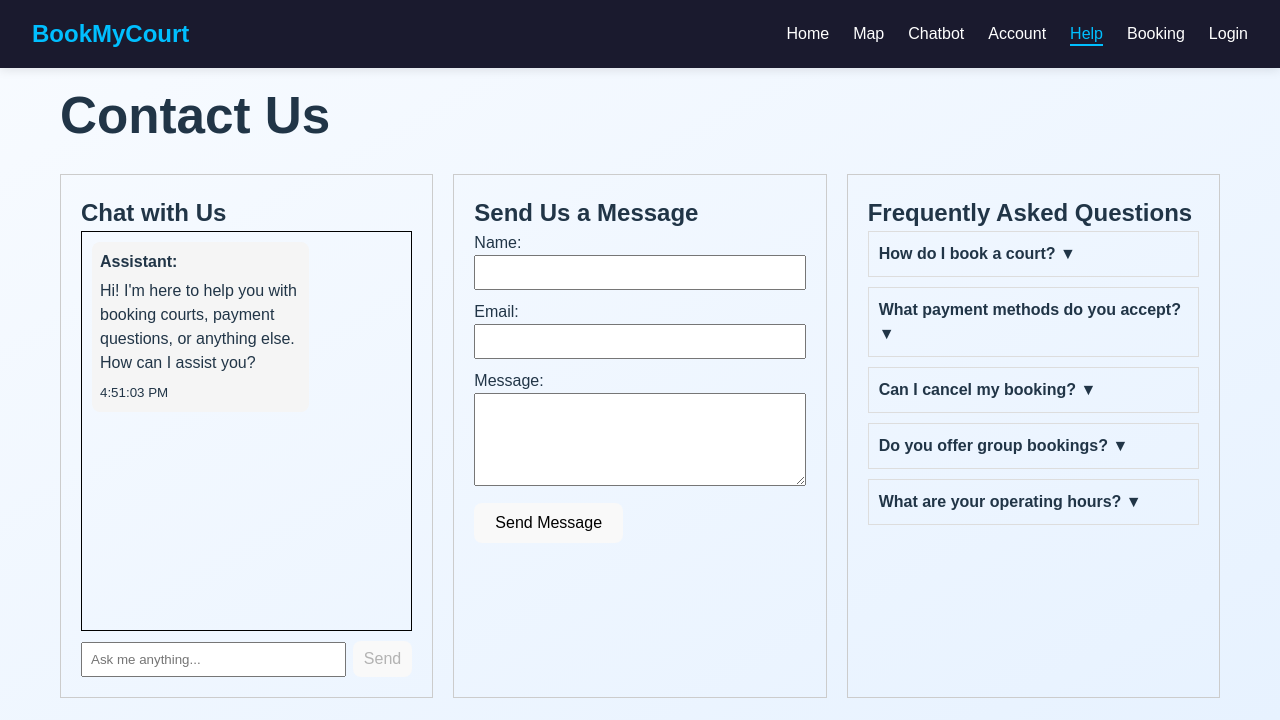
Repository: beyondparthiv/webdev-finalproject-bookmycourt
Page: /help (app in client/)
An editor plug-in stored every save of this project. The page is shown before and after the next save, followed by the edit.
The browser window is 1280 px wide. The pictures show the whole page.
The page's requests for data from a server got no answer. The project was rebuilt for these pictures with package versions that can differ from the ones it lists, and the page was loaded fresh each time. No one was signed in, and anything a server would have sent is missing. Also part of the build but not shown: client/vite.config.ts, client/src/pages/Home.tsx, client/src/pages/Booking.css, client/src/pages/Booking.tsx, client/src/pages/Account.tsx, client/src/pages/Login.tsx, client/src/pages/Map.tsx.

Above is the page before, as saved 2025-12-01 16:23:22.

After the next save:
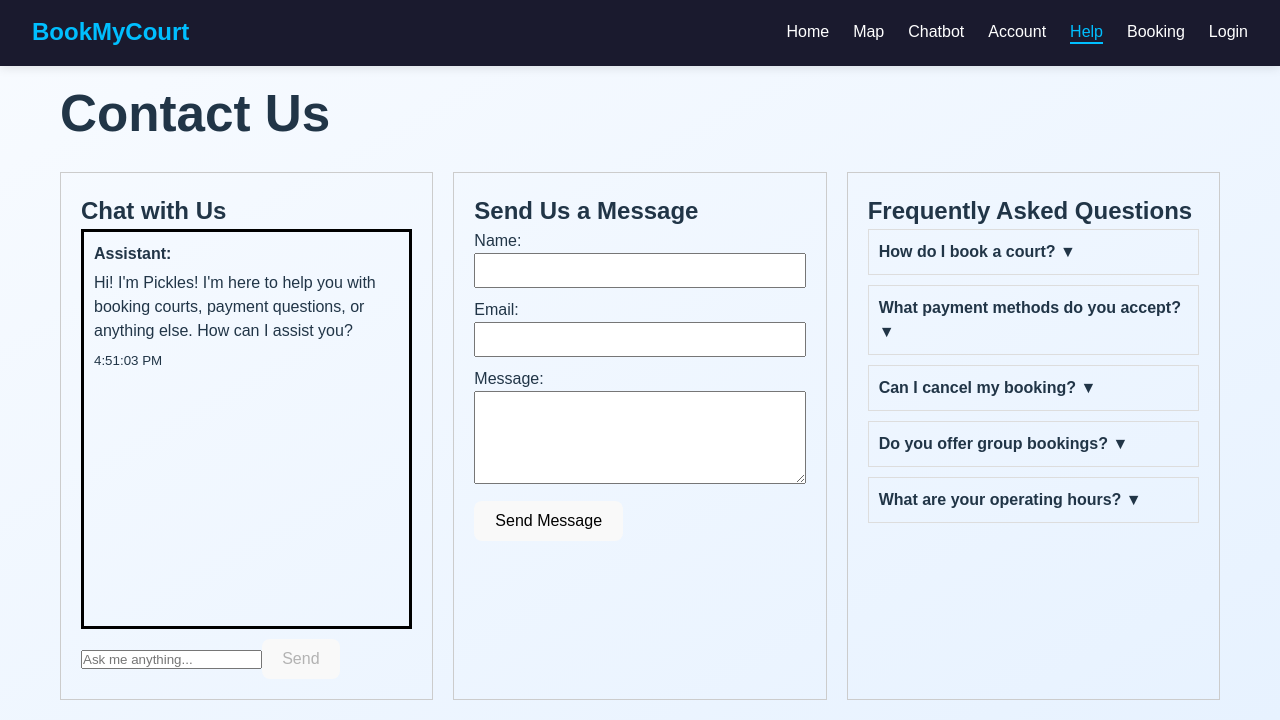
Saved 5 min 21 s later.
--- a/client/src/pages/Chatbot+Contact/Chatbot.tsx
+++ b/client/src/pages/Chatbot+Contact/Chatbot.tsx
@@ -6,14 +6,14 @@ export interface ChatMessage {
   timestamp: Date;
 }
 interface ChatbotProps {
-  geminiService: any; // We'll pass the service from the parent
+  geminiService: any; //GeminiService from GeminiClient.ts
 }
 
 export const Chatbot: React.FC<ChatbotProps> = ({ geminiService }) => {
   const [messages, setMessages] = useState<ChatMessage[]>([
     {
       role: 'assistant',
-      content: 'Hi! I\'m here to help you with booking courts, payment questions, or anything else. How can I assist you?',
+      content: 'Hi! I\'m Pickles! I\'m here to help you with booking courts, payment questions, or anything else. How can I assist you?',
       timestamp: new Date()
     }
   ]);
@@ -21,7 +21,7 @@ export const Chatbot: React.FC<ChatbotProps> = ({ geminiService }) => {
   const [isLoading, setIsLoading] = useState(false);
   const messagesEndRef = useRef<HTMLDivElement>(null);
 
-  // Auto-scroll to bottom when new messages arrive
+  // Auto-scroll to latest message
   const scrollToBottom = () => {
     messagesEndRef.current?.scrollIntoView({ behavior: 'smooth' });
   };
@@ -33,7 +33,7 @@ export const Chatbot: React.FC<ChatbotProps> = ({ geminiService }) => {
   const handleSend = async () => {
     if (!inputValue.trim() || isLoading) return;
 
-    // Add user message
+    // Add message from user
     const userMessage: ChatMessage = {
       role: 'user',
       content: inputValue,
@@ -80,16 +80,10 @@ export const Chatbot: React.FC<ChatbotProps> = ({ geminiService }) => {
     <div>
       <h2>Chat with Us</h2>
 
-      <div style={{ border: '1px solid black', height: '400px', overflowY: 'scroll', padding: '10px' }}>
+      <div style={{ border: '3px solid black', height: '400px', padding: '10px' }}>
         {messages.map((message, index) => (
           <div key={index} style={{ marginBottom: '10px', textAlign: message.role === 'user' ? 'right' : 'left' }}>
-            <div style={{
-              display: 'inline-block',
-              padding: '8px',
-              background: message.role === 'user' ? '#e3f2fd' : '#f5f5f5',
-              borderRadius: '8px',
-              maxWidth: '70%'
-            }}>
+            <div>
               <strong>{message.role === 'user' ? 'You' : 'Assistant'}:</strong>
               <p style={{ margin: '5px 0' }}>{message.content}</p>
               <small>{message.timestamp.toLocaleTimeString()}</small>
@@ -97,8 +91,8 @@ export const Chatbot: React.FC<ChatbotProps> = ({ geminiService }) => {
           </div>
         ))}
         {isLoading && (
-          <div style={{ textAlign: 'left' }}>
-            <em>Assistant is typing...</em>
+          <div style={{ marginBottom: '10px', textAlign: 'left' }}>
+            <em>Pickles is thinking...</em>
           </div>
         )}
         <div ref={messagesEndRef} />
@@ -111,12 +105,10 @@ export const Chatbot: React.FC<ChatbotProps> = ({ geminiService }) => {
           onChange={(e) => setInputValue(e.target.value)}
           placeholder="Ask me anything..."
           disabled={isLoading}
-          style={{ width: '80%', padding: '8px' }}
         />
         <button
           onClick={handleSend}
-          disabled={isLoading || !inputValue.trim()}
-          style={{ width: '18%', padding: '8px', marginLeft: '2%' }}
+          disabled={isLoading || !inputValue.trim()} //trimming ending whitespaces
         >
           Send
         </button>
